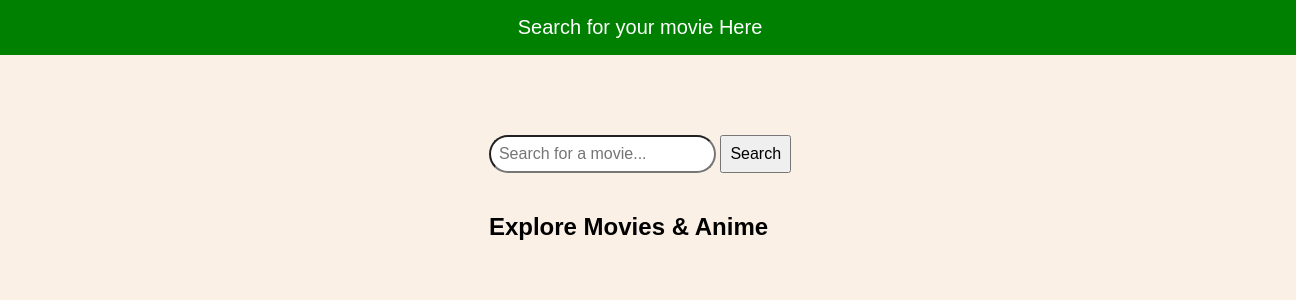
Repository: Femi007-gh/movie-API
Page: index.html
An editor plug-in stored every save of this project. The page is shown before and after a run of saves, followed by the edit.
The browser window is 1280 px wide. The page is 1296 px wide, so the pictures cover 1296 px, including what lies to the right of the window. The pictures show the whole page.

Above is the page before, as saved 2025-05-09 08:43:58.

After the next 2 saves:
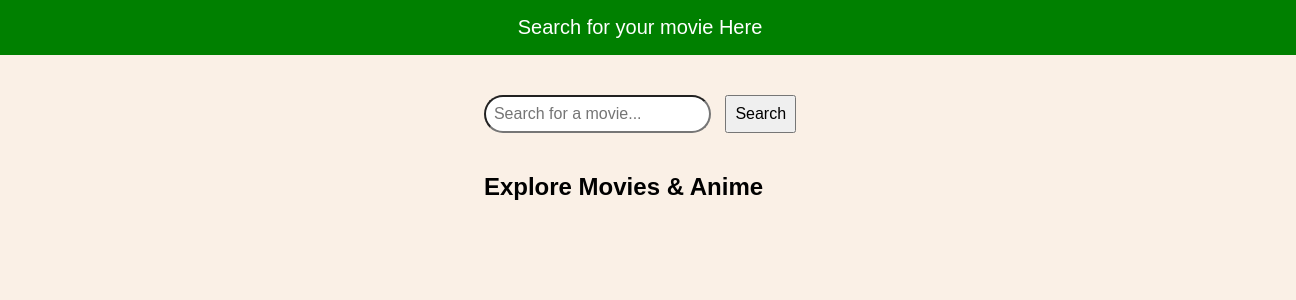
The 2 saves are shown as one change because they came seconds apart.
The last was saved 20 s later.
--- a/style.css
+++ b/style.css
@@ -21,11 +21,35 @@ input {
   padding: 0.5rem;
   font-size: 1rem;
   border-radius: 20px;
-  margin-top: 80px;
+  margin-top: 40px;
 }
 
 button {
   padding: 0.5rem;
   font-size: 1rem;
   cursor: pointer;
+  margin-left: 10px;
 }
+
+#MoviesGrid {
+  display: grid;
+  grid-template-columns: repeat(4, 1fr);
+  gap: 20px;
+  padding: 20px;
+  max-width: 1200px;
+}
+
+.grid-container img {
+  width: 100%;
+  border-radius: 10px;
+  transition: transform 0.3s;
+}
+
+.grid-container img:hover {
+  transform: scale(1.05);
+}
+
+#SearchResult {
+  margin-top: 40px;
+  text-align: center;
+}
